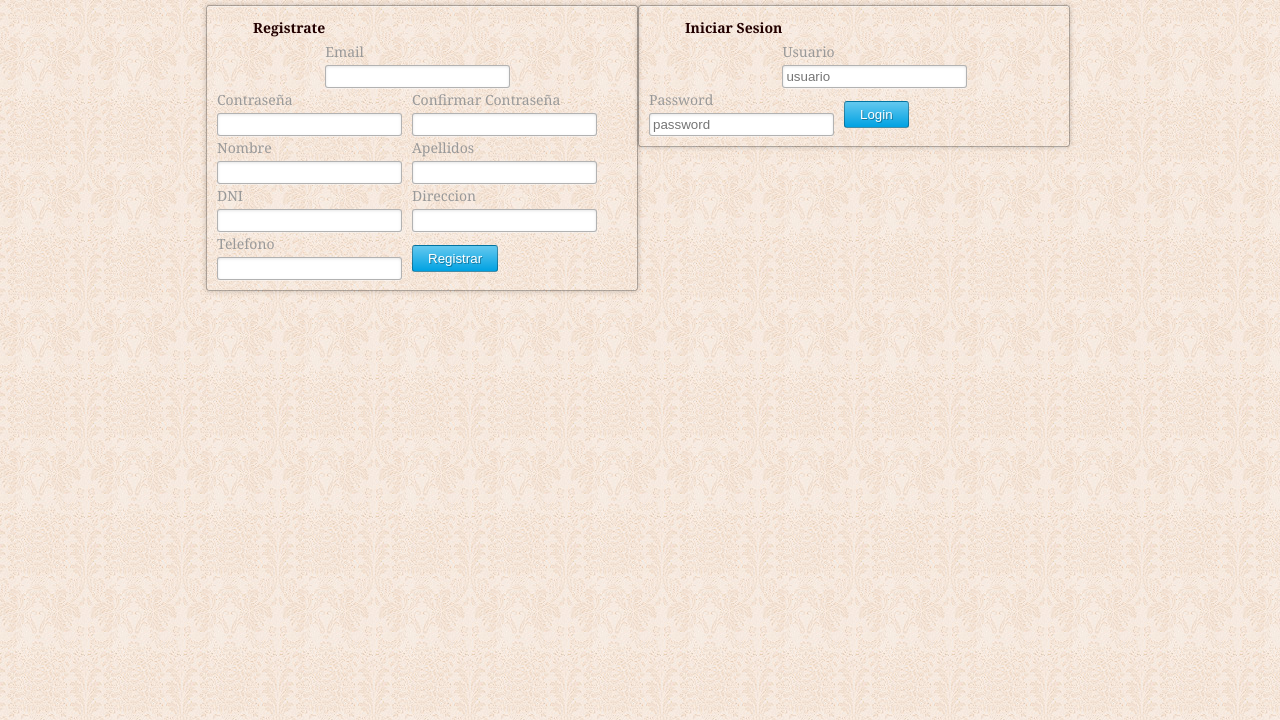
Repository: ProSoft-PDSI/sdsddo
Page: http://localhost/sdsr/LoginRegistro.jsp
The author's editor kept a copy of each file at every save. The page is drawn from the files as they stood at one save, then again after the next save.
The browser window is 1280 px wide. The pictures show the whole page.
The page is served by Tomcat 9.

Above is the page before, as saved 2014-07-20 01:56:34.
Console error: TypeError: Cannot read properties of undefined (reading 'appendTo')

After the next save:
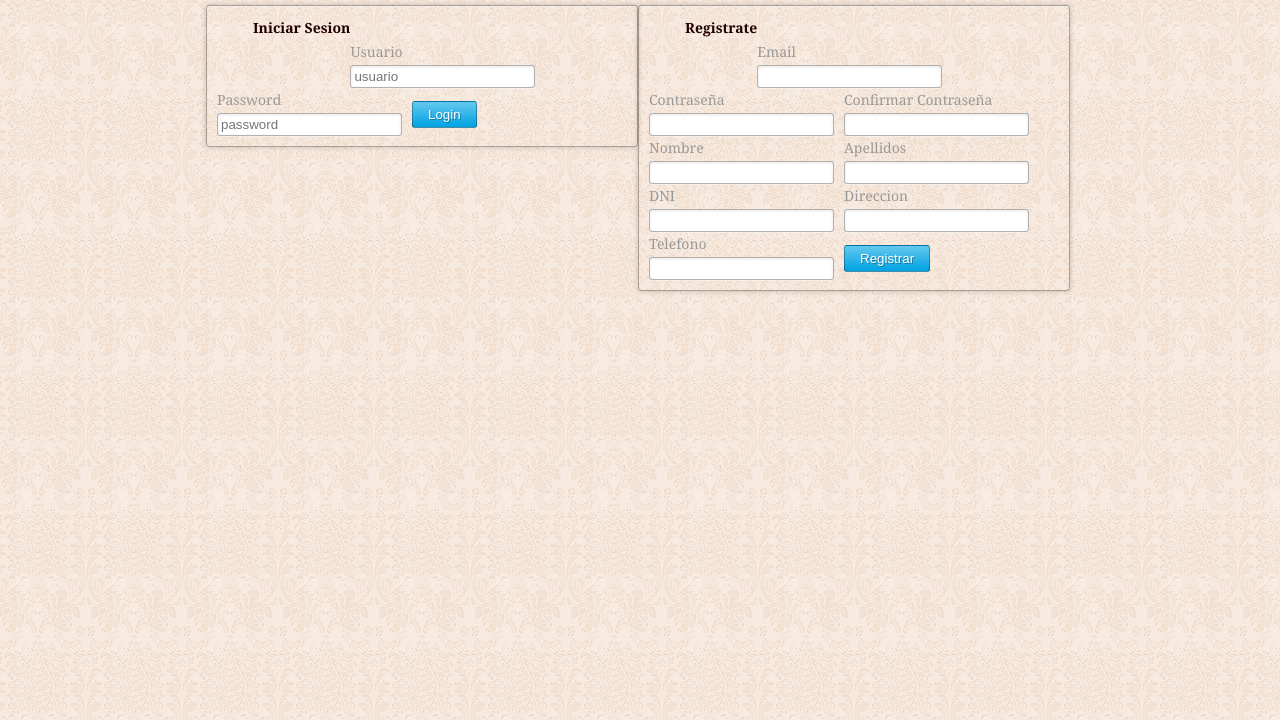
Saved 51 s later.
--- a/Web/sdsr/WebContent/LoginRegistro.jsp
+++ b/Web/sdsr/WebContent/LoginRegistro.jsp
@@ -20,27 +20,7 @@ body {
 <!-- content -->
 			<article id="content">
 				<div class="wrap">
-					<div>
-					<form id="ContactForm">
-						<section class="loginform cf">
-							<form name="login" action="index_submit" method="get" accept-charset="utf-8">
-								<ul>
-								   <h1> Iniciar Sesion </h1>
-									<li>
-										<label for="usuario"><br>Usuario</label>
-										<input type="text" name="usuario" placeholder="usuario" required>
-									</li>
-									<li>
-										<label for="password">Password</label>
-										<input type="password" name="contrasenia" placeholder="password" required></li>
-									<li>
-										<input type="submit" value="Login">
-									</li>
-								</ul>
-								</form>
-						</section>
-					</form>
-					</div>
+
 
 					<div>
 					<form id="ContactForm">
@@ -88,6 +68,27 @@ body {
 					</section>
 							</form>
 						</div>
+				 <div>
+					<form id="ContactForm">
+						<section class="loginform cf">
+							<form name="login" action="index_submit" method="get" accept-charset="utf-8">
+								<ul>
+								   <h1> Iniciar Sesion </h1>
+									<li>
+										<label for="usuario"><br>Usuario</label>
+										<input type="text" name="usuario" placeholder="usuario" required>
+									</li>
+									<li>
+										<label for="password">Password</label>
+										<input type="password" name="contrasenia" placeholder="password" required></li>
+									<li>
+										<input type="submit" value="Login">
+									</li>
+								</ul>
+								</form>
+						</section>
+					</form>
+					</div>
 				</div>
 			</article>
 		</div>
